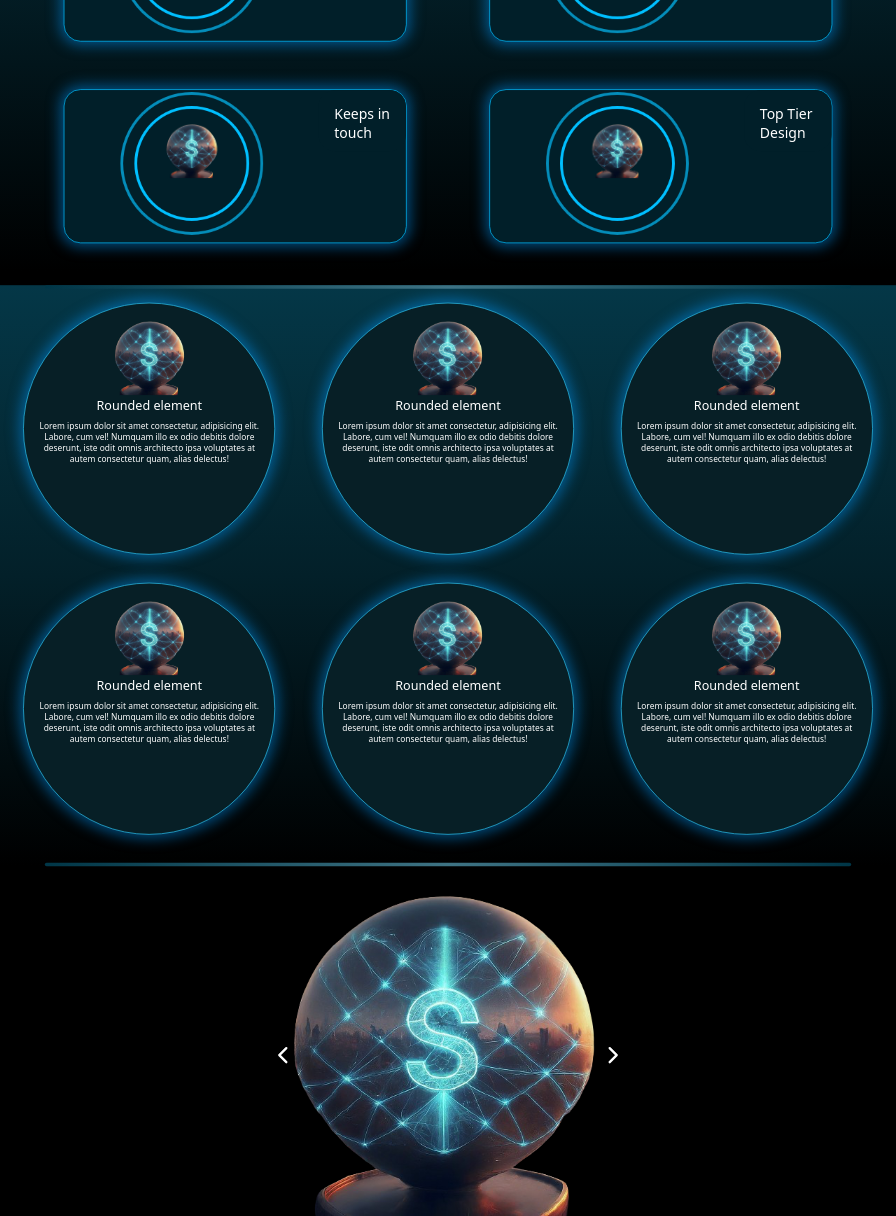
Repository: TMuse333/q3-desings2
Page: /
An editor plug-in stored every save of this project. The page is shown before and after the next save, followed by the edit.
The browser window is 1280 px wide. The pictures show the part of the page from y = 1229 to 3149 px (the page is 2966 px tall before and 3149 px after), at 70% of full size.
The project was rebuilt for these pictures with package versions that can differ from the ones it lists, and the page was loaded fresh each time. Also part of the build but not shown: vite.config.ts.

Above is the page before, as saved 2024-05-11 13:53:06.

### src/main.tsx
import React from 'react'
import ReactDOM from 'react-dom/client'
import App from './App.js'
import './index.css'
import {ContextProvider} from './context/context'

ReactDOM.createRoot(document.getElementById('root')!).render(
  <ContextProvider>
  <React.StrictMode>
    <App />
  </React.StrictMode>
  </ContextProvider>,
)

### src/App.tsx


import './App.css'

import Homepage from './components/homepage/homepage'

function App() {


  return (
    <>
<Homepage/>
    </>
  )
}

export default App

### src/index.css
@tailwind base;
@tailwind components;
@tailwind utilities;

#root{
    background-color: black;
    height:100vh;
}

body{
    background-color: black;
}

button{
    padding:0.5rem 2rem;
    background-color: black;
    color:white;
    border-radius: 1rem;
}

h1{
    color:white;
    font-size: 2rem;
}

p{
    color:white;
    /* font-size: 1.5rem; */
}

button{
    background-color: #00769e;
}

.glow {
    box-shadow: 0 0 20px 5px #3e7384;
    box-shadow: 0 0 20px 5px #003647;
box-shadow: 0 0 20px 5px rgba(2, 148, 245, 0.5);
}

.glow:hover{
    box-shadow: 0 0 40px 5px rgba(2, 148, 245, 0.5);
}

### src/context/context.tsx
import React, { createContext, useState, useContext, ReactNode, useEffect } from 'react';

// Define the type for the context value
interface GeneralContextType {
  textYPosition: number;
  setTextYPosition: React.Dispatch<React.SetStateAction<number>>;
  isMobile: boolean;
  setIsMobile: React.Dispatch<React.SetStateAction<boolean>>;
  setSecondCircleComplete:React.Dispatch<React.SetStateAction<boolean[]>>;
  secondCircleComplete: boolean[];
  isMobile2: boolean;
  setIsMobile2: React.Dispatch<React.SetStateAction<boolean>>;
  handleCircleComplete: (index: number, value: boolean) => void;
}

// Create the context
export const GeneralContext = createContext<GeneralContextType | undefined>(undefined);

// Create a provider component
export const ContextProvider: React.FC<{ children: ReactNode }> = ({ children }) => {
  // Initialize the value state
  const [textYPosition, setTextYPosition] = useState<number>(0);

  // Detect mobile devices
  const [isMobile, setIsMobile] = useState<boolean>(window.innerWidth <= 655);

  const [isMobile2, setIsMobile2] = useState<boolean>(window.innerWidth <= 655);

  const [secondCircleComplete, setSecondCircleComplete] = useState<boolean[]>(
    Array.from({ length: 7 }, () => false)
  );

  const handleCircleComplete = (index: number, value: boolean) => {
    setSecondCircleComplete((prev) => {
      const newState = [...prev]; // Create a copy of the previous state array
      newState[index] = value; // Update the value at the specified index
      return newState; // Return the new state array
    });
  };



  useEffect(() => {
    const handleScroll = () => {
      setIsMobile(window.innerWidth <= 655);
    };
    window.addEventListener('scroll', handleScroll);
    handleScroll();

    return () => {
      window.removeEventListener('scroll', handleScroll);
    };
  }, []);

  useEffect(() => {
    const handleScroll = () => {
      setIsMobile2(window.innerWidth <= 400);
    };
    window.addEventListener('scroll', handleScroll);
    handleScroll();

    return () => {
      window.removeEventListener('scroll', handleScroll);
    };
  }, []);

  useEffect(() => {
    console.log('is mobile', isMobile);
  }, [isMobile]);

  const contextValue = {
    textYPosition,
    setTextYPosition,
    isMobile,
    setIsMobile,
    secondCircleComplete,
    setSecondCircleComplete,
    isMobile2,
    setIsMobile2,
    handleCircleComplete
  };

  return <GeneralContext.Provider value={contextValue}>{children}</GeneralContext.Provider>;
};

export const useGeneralContext = (): GeneralContextType => {
  const context = useContext(GeneralContext);
  if (!context) {
    throw new Error('useGeneralContext must be used within a ContextProvider');
  }
  return context;
};

### src/App.css
#root {
  max-width: 1280px;
  margin: 0 auto;
  padding: 2rem;
  text-align: center;
}

.logo {
  height: 6em;
  padding: 1.5em;
  will-change: filter;
  transition: filter 300ms;
}
.logo:hover {
  filter: drop-shadow(0 0 2em #646cffaa);
}
.logo.react:hover {
  filter: drop-shadow(0 0 2em #61dafbaa);
}

.h1{
  color:red;
}

@keyframes logo-spin {
  from {
    transform: rotate(0deg);
  }
  to {
    transform: rotate(360deg);
  }
}

@media (prefers-reduced-motion: no-preference) {
  a:nth-of-type(2) .logo {
    animation: logo-spin infinite 20s linear;
  }
}

.card {
  padding: 2em;
}

.read-the-docs {
  color: #888;
}

### src/components/homepage/homepage.tsx
import React from "react";
import { CircleInfoGraphic } from "../circleInfographic/circleInfoGraphic";
import Content from "../content/content";
import q3 from '../../media/q3-visuals-logo-2.png'
import TextFormat from "../textFormat/textFormat";

// import { TextParallaxContentExample } from "../parallaxText/parallaxText";
import MultiLayerParallax from "../mountainParallax/mountainParallax";
import ParticlesComponent from "../particles/particles";
import nobgLaptop from '../../media/Gemini_Generated_Image_r055a1r055a1r055-removebg-preview.png'
import moneyBall from '../../media/futuristic-money-ball-removebg-preview.png'
import { description1 } from "../../data/data";
import AlternatingText from "../alternatingText/alternatingText";

import CircleList from "../circleListElement/circleList";
import Carousel from "../carousel/carousel";


const Homepage: React.FC = () => {

    const images = [
        moneyBall,
        nobgLaptop,
        q3
    ]


    // useEffect(() => {
    //     const loadTime = window.performance.timing.loadEventEnd - window.performance.timing.navigationStart;
    //     console.log('Page load time:', loadTime, 'milliseconds');
    // }, []);



    return (
        <section className="absolute top-0 left-0 w-screen">


            {/* <ParticlesComponent/> */}
            <MultiLayerParallax/>

            {/* <TextParallaxContentExample/> */}

            {/* <Content
            mainTitle='Your digital presence is important'
            image={nobgLaptop}
            customText={null}
            reverse={true}
            description={description1}
            floatingImage={true}
            hasAnimation={true}
            />

            <AlternatingText/>

            <Content
            mainTitle='Benefits of a website'
            image={moneyBall}
            customText={<TextFormat
            isAnimated={true}
            reverse={false}/>}
            reverse={false}
            description={null}
            floatingImage={true}
            hasAnimation={true}

            /> */}



<div className="relative bg-gradient-to-b from-[#043747] via-[#032029] to-transparent w-screen">
<CircleList/>
</div>

<div className="relative bg-gradient-to-b from-[#043747] via-[#032029] to-transparent w-screen">

<CircleInfoGraphic/>
</div>

{/* <div className="max-w-lg mr-auto ml-auto"> */}
<Carousel images={images}

/>
{/* </div> */}



        </section>
    )
}


export default Homepage

### src/components/circleInfographic/circleInfoGraphic.tsx
import React, {useState,useRef } from "react";
import ball from '../../media/futuristic-money-ball-removebg-preview.png'
import { motion,Variants} from 'framer-motion'
import useIntersectionObserver from "../intersectionObserver/intersectionObserver";
interface CircleProps {
    image:string
}

const CircleElement: React.FC<CircleProps> = ({image}) => {

    const [inView, setInView] = useState<boolean>(false)

    const options = {
        root: null,
        rootMargin: '-25px',
        threshold: 1,
    };

    // Apply intersection observer hook to detect when the component is in view
    const componentRef = useIntersectionObserver(setInView, options);

    const circleVariants:Variants =  {
        initial:{
            opacity:0,
            y:-60
        },
        animate:{
            opacity:1,
            y:0
        }
    }

    return (
        <motion.section
        ref={componentRef}
        variants={circleVariants}
        initial='initial'
        animate={inView ? 'animate' : 'initial'}
         className={`mt-5 mb-5
        rounded-full bg-[#071f26] hover:bg-[#0e3a47]
        mr-auto ml-auto transition-all
        h-[95vw] w-[95vw] border border-[#2dc0eb]
        flex flex-col  shadow-xl max-w-[360px]
        max-h-[360px]
        sm:w-[48vw] sm:h-[48vw]
        lg:w-[32vw] lg:h-[32vw]
        ${inView ? 'glow' : ''}`}>

            <div className="mt-4">
            <img className="w-[35vw]
            max-w-[115px] max-h-[115px] h-[35vw]
            sm:w-[10vw] sm:h-[10vw] object-cover
            mr-auto ml-auto"
            src={image}
            />
            <h1 className="text-3xl sm:text-lm lg:text-lg ">Rounded element</h1>
            <p className=" ml-auto mr-auto text-sm sm:text-xs pr-5 pl-5 pt-2">Lorem ipsum dolor sit amet consectetur, adipisicing elit. Labore, cum vel! Numquam illo ex odio debitis dolore deserunt, iste odit omnis architecto ipsa voluptates at autem consectetur quam, alias delectus!</p>
            </div>
        </motion.section>
    )
}


export const CircleInfoGraphic = () => {

    return (
        <>
          <div className="mt-5
        w-[90vw] h-[5px]
         bg-gradient-to-r from-[#003647] via-[#3e7384] to-[#003647]
        ml-auto mr-auto rounded-[200rem]
        ">

       </div>
        <section className={`flex
         justify-center flex-col items-center
          sm:grid sm:grid-cols-2 lg:grid-cols-3
           gap-4 lg:gap-0 w-screen max-w-[1500px]  ml-auto mr-auto
          `}>
            <CircleElement
            image={ball}/>
             <CircleElement
            image={ball}/>
                  <CircleElement
            image={ball}/>
             <CircleElement
            image={ball}/>
             <CircleElement
            image={ball}/>
                  <CircleElement
            image={ball}/>
        </section>
        <div className="mt-5
        w-[90vw] h-[5px]
         bg-gradient-to-r from-[#003647] via-[#3e7384] to-[#003647]
        ml-auto mr-auto rounded-[200rem]">

       </div>
       </>
    )
}

### src/components/mountainParallax/mountainParallax.tsx
import  { useRef } from "react";
import bottom from '../../media/bottom-mountain.png'

import full from '../../media/no-bg-mountain.png'
import q3 from '../../media/q3-words.png'
import { motion, useScroll, useTransform } from 'framer-motion'

export default function MultiLayerParallax() {
    const ref = useRef(null);
    const { scrollYProgress } = useScroll({
      target: ref,
      offset: ["start start", "end start"],
    });
    const backgroundY = useTransform(scrollYProgress, [0, 1], ["0%", "100%"]);
    const textY = useTransform(scrollYProgress, [0, 1], ["-20%", "200%"]);

    return (
      <div
        ref={ref}
        className="w-full h-screen overflow-hidden relative grid place-items-center"
      >
       {/* <motion.div className="z-10 relative"
         style={{ y: textY }}> */}
        <motion.img
style={{
    y:textY
}}
        src={q3}
          className="relative z-10 b"
        />
        {/* <motion.h1 className="relative z-10"
        style={{
            y:textY
        }}>
            slatry
        </motion.h1> */}


        <motion.p style={{
             y:textY
        }}
         className="text-white text-2xl relative z-10  mt-[-30rem] sm:-mt-[40rem]">Elevating Brands with discipline and creativity
         </motion.p>
         {/* </motion.div> */}


        <motion.div
          className="absolute inset-0 z-0"
          style={{
            backgroundImage: `url(${full})`,
            backgroundPosition: "bottom",
            backgroundSize: "cover",
            y: backgroundY,
          }}
        />
        <div
          className="absolute inset-0 z-20"
          style={{
            backgroundImage: `url(${bottom})`,
            backgroundPosition: "bottom",
            backgroundSize: "cover",
          }}
        />
      </div>
    );
  }

### src/components/circleListElement/circleList.tsx
import React, {useState} from "react";
import AppearingCircle from "../circleContent/appearingCircle";
import ball from '../../media/futuristic-money-ball-removebg-preview.png'
import {motion, Variants} from 'framer-motion'
import { useGeneralContext } from "../../context/context";
import laptop from '../../media/Gemini_Generated_Image_r055a1r055a1r055-removebg-preview.png'
import useIntersectionObserver from "../intersectionObserver/intersectionObserver";

interface CircleProps {
    image:string,
    title: string,
    description:string

    index:number
secondCircleComplete: boolean,
handleCircleComplete: (index: number, value: boolean) => void;
}

const CircleListElement: React.FC<CircleProps> = ({image,title, description,
    handleCircleComplete,secondCircleComplete,index
}) => {

    const [descriptionClicked, setDescriptionClicked] = useState<boolean>(false)

    function handleDescriptionClick() {
        setDescriptionClicked(!descriptionClicked)
    }





    const { isMobile }  = useGeneralContext()

    const headerVariants: Variants = {
        initial:{
            opacity:0,
            y: isMobile ? -20 : 0,
        },
        animate:{
            opacity:1,
            y:0,
            transition:{
                delay: 0.3
            }
        }

    }




    return (
        <div className=" relative flex glow justify-center  md:h-[220px]
        h-[220px] sm:h-[auto]
        md:flex-row w-[calc(100vw-5px)]  md:w-[40vw] sm2:w-[40vw] items-center sm:items-start mb-10 md:mt-3 bg-[#011f29]
        rounded-3xl max-w-[490px] ml-auto mr-auto border border-q-blue">
<AppearingCircle
secondCircleComplete={secondCircleComplete}
handleCircleComplete={handleCircleComplete}
image={image}
index={index}


/>
<section className="relative text-left pr-0 flex flex-col bg-[#011f29] rounded-3xl
h-auto min-h-0 max-h-full   items-center z-1">
<motion.h1
onClick={handleDescriptionClick}
variants={headerVariants}
initial={'initial'}
animate={secondCircleComplete ? 'animate' : 'initial'}
 className="text-white text-xl w-[80px]  ml-auto mr-auto mt-5
 "
>{title}
 </motion.h1>

<p className={`rounded-lg text-left mt-3 pl-3 pr-3 bg-blue-600 transition-height ease-in duration-300 bg-blue-800 ${descriptionClicked ? ' h-[220px] w-[125px] overflow-scroll pt-5 border-2 border-rose-500' : 'h-0 w-[125px]  overflow-hidden pt-0'}`}>
  {description}
</p>
</section>

        </div>
    )
}



const CircleList: React.FC = () => {

    const {secondCircleComplete, handleCircleComplete}
    = useGeneralContext()

    return (
        <>
        <h1>We get it done</h1>
 <section className="relative
         sm2:grid sm2:grid-cols-2 gap-4 max-w-[1200px] ml-auto
         mr-auto justify-center items-center
">
            {/* <div className="-translate-x-5"> */}
            <CircleListElement
            handleCircleComplete={handleCircleComplete}
            secondCircleComplete={secondCircleComplete[0]}
        index={0}
            image={ball}
            title='Absolute Tenacity'
            description='Be a man of your word'
            />
            {/* </div> */}
            <CircleListElement
            secondCircleComplete={secondCircleComplete[1]}
            handleCircleComplete={handleCircleComplete}
            index={1}
            image={laptop}

            title='Extreme Discipline'
            description='Gym. Code. Quantum Realm. Repeat'
            />

            <CircleListElement
            secondCircleComplete={secondCircleComplete[2]}
            handleCircleComplete={handleCircleComplete}
            index={2}
            image={ball}
            title='Code over templates'
            description='We are not template using pussies we write banging code'
            />

            <CircleListElement
            secondCircleComplete={secondCircleComplete[3]}
            handleCircleComplete={handleCircleComplete}
            index={3}
            image={ball}
            title='Refusal to fail'
            description='Gym. Code. Quantum Realm. Repeat'
            />

<CircleListElement
secondCircleComplete={secondCircleComplete[4]}
handleCircleComplete={handleCircleComplete}
index={4}
            image={ball}
            title='Keeps in touch'
            description='We are not template using pussies we write banging code'
            />

            <CircleListElement
            secondCircleComplete={secondCircleComplete[5]}
            handleCircleComplete={handleCircleComplete}
            index={5}
            image={ball}
            title='Top Tier Design'
            description='Gym. Code. Quantum Realm. Repeat'
            />



        </section>
        </>
    )
}

export default CircleList

### src/components/carousel/carousel.tsx
import React, {useState} from 'react'
import { ChevronLeft, ChevronRight } from "react-feather";

interface CarouselProps {
    images:string[]
}


const Carousel:React.FC<CarouselProps> = ({images}) =>{

    const [imageIndex, setImageIndex] = useState<number>(0)

    const handleNext = () => {
        setImageIndex((prevIndex) => (prevIndex + 1) % images.length);
      };

      const handlePrev = () => {
        setImageIndex((prevIndex) => (prevIndex - 1 + images.length) % images.length);
      };

    return (
      <div className="max-w-lg mr-auto ml-auto">
        <section className='overflow-hidden relative  '>

            <div className='flex  relative '>
                {images.map((image,index) => (
                    <img src={image}
                    key={index}
                    className='h-[500px] transition-transform
                    mr-auto'
                    style={{
                        transform:`translateX(-${imageIndex * 100}%)`
                    }}
                    />
                ))}
                    <div className=' w-[100%]
                    flex flex-row justify-between
                    top-[50%]'>



                <button className='bg-transparent absolute
                left-[0%] top-[50%] p-0'>
                    <ChevronLeft
                    onClick={handlePrev}
                    size={40}/>
                </button>

                <button className='bg-transparent absolute
                right-[0%] top-[50%] p-0'>
                 <ChevronRight
                 onClick={handleNext}
                 size={40}/>
                </button>
            </div>
            </div>



        </section>
        </div>
    )
}

export default Carousel

### src/components/intersectionObserver/intersectionObserver.tsx
import { useEffect, useRef, Dispatch, SetStateAction } from "react";

interface IntersectionObserverOptions {
  root: Element | null;
  rootMargin?: string;
  threshold?: number | number[];
}

const useIntersectionObserver = (
  setInView: Dispatch<SetStateAction<boolean>>,
  options: IntersectionObserverOptions
) => {
  const componentRef = useRef<HTMLDivElement>(null);

  useEffect(() => {
    const observer = new IntersectionObserver(([entry]) => {
      // Update the state based on whether the component is in view
      if (entry.isIntersecting) {
        setInView(true);
        observer.disconnect();
      }
    }, options);

    if (componentRef.current) {
      observer.observe(componentRef.current);
    }

    return () => {
      if (componentRef.current) {
        observer.unobserve(componentRef.current);
      }
    };
  }, [setInView, options]);

  return componentRef;
};

export default useIntersectionObserver;

Loaded but not shown: index.html (common file); tailwind.config.js (21 lines, source omitted); src/components/circleContent/appearingCircle.tsx (297 lines, source omitted)

After the next save:
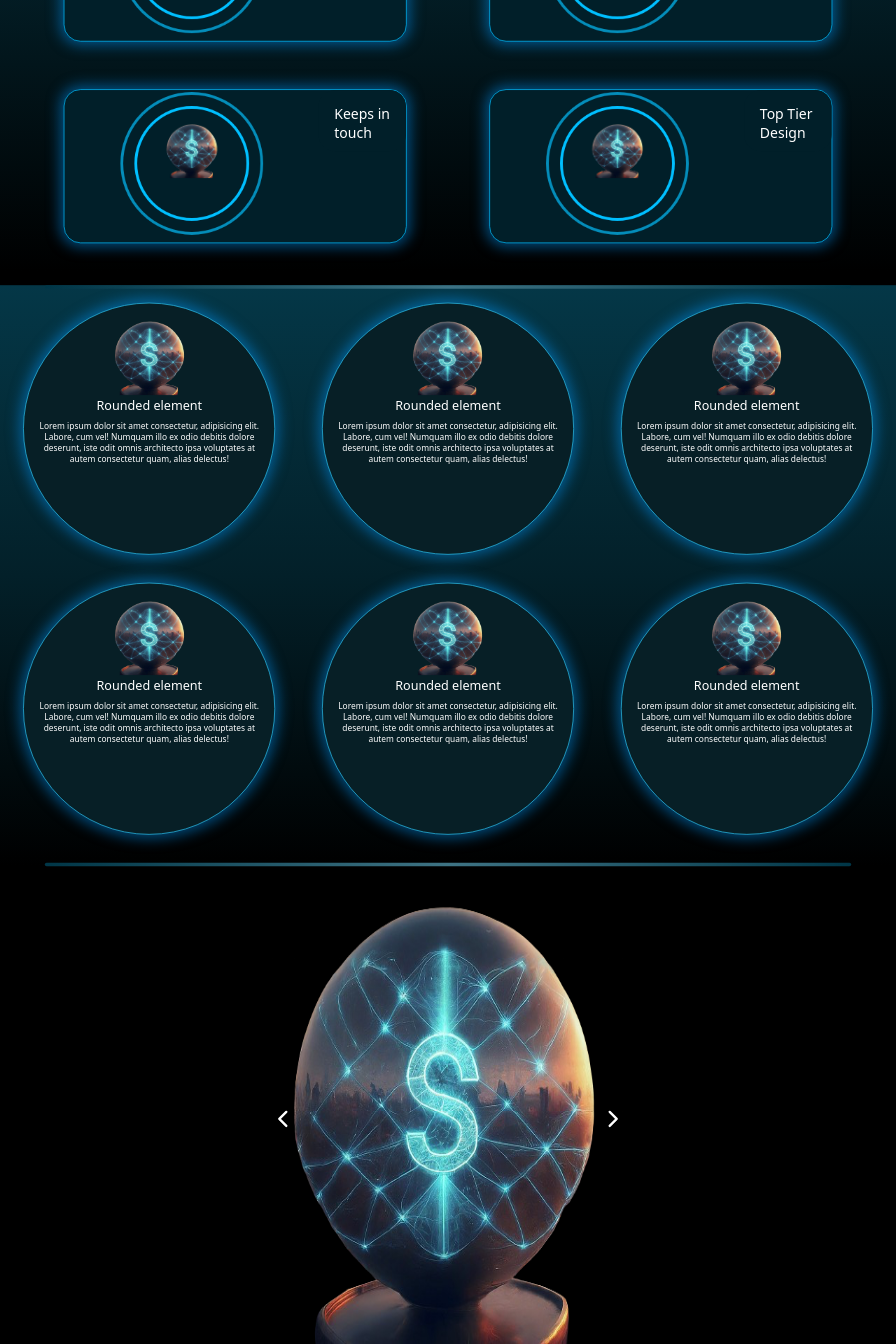
Saved 10 s later.
--- a/src/components/carousel/carousel.tsx
+++ b/src/components/carousel/carousel.tsx
@@ -26,7 +26,7 @@ const Carousel:React.FC<CarouselProps> = ({images}) =>{
                 {images.map((image,index) => (
                     <img src={image}
                     key={index}
-                    className='h-[500px] transition-transform
+                    className='transition-transform
                     mr-auto'
                     style={{
                         transform:`translateX(-${imageIndex * 100}%)`
